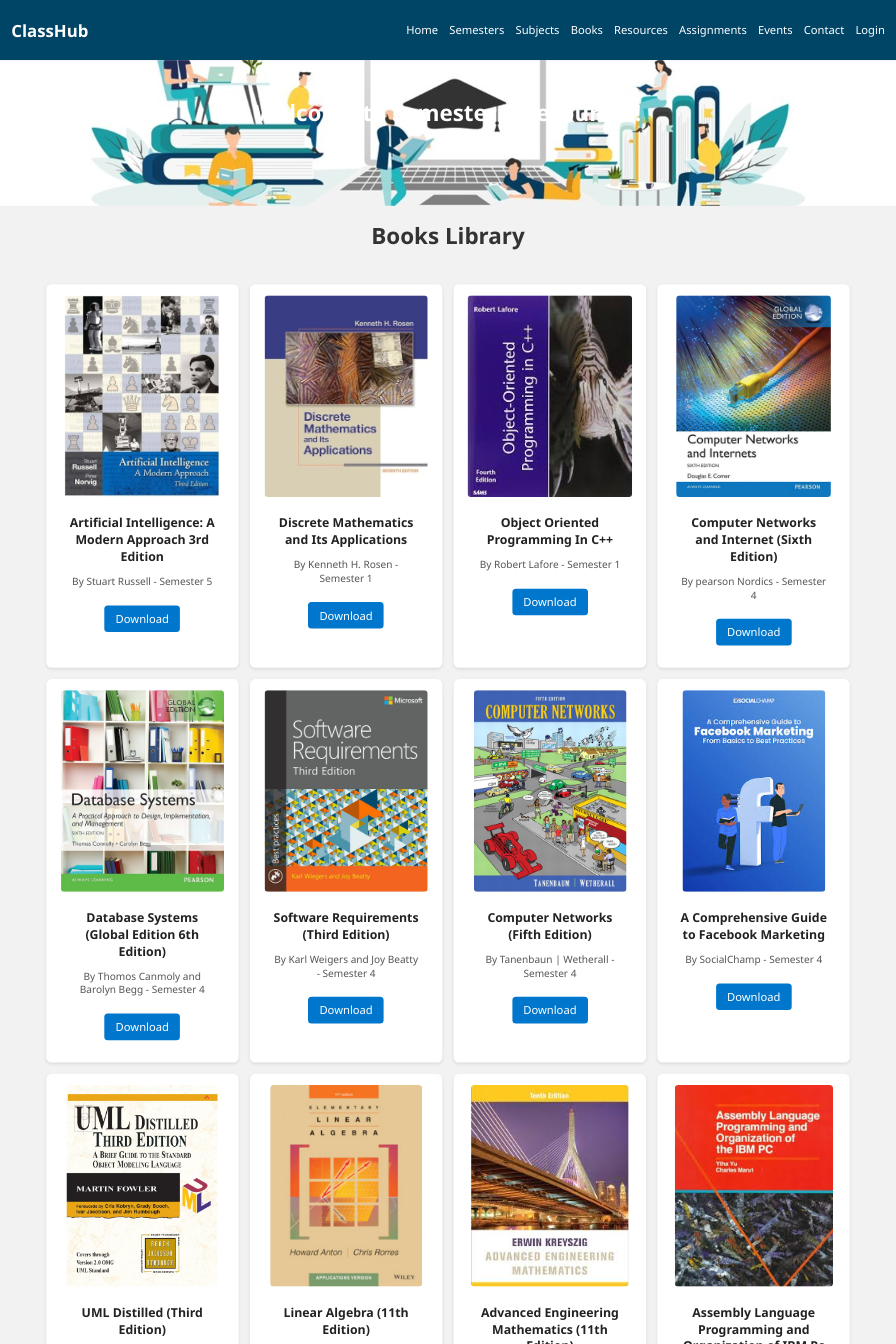
Repository: MariamSawera/eduNova
Page: books.html
The author's editor kept a copy of each file at every save. The page is drawn from the files as they stood at one save, then again after the next save.
The browser window is 1280 px wide. The pictures show the part of the page from y = 0 to 1920 px (the page is 2805 px tall), at 70% of full size.

Above is the page before, as saved 2025-07-24 15:12:57.

### books.html
<html>
  <head>
    <title>Semester 7</title>
    <meta charset="UTF-8" />
    <meta name="viewport" content="width=device-width, initial-scale=1.0" />
    <link rel="stylesheet" href="styles.css" />
    <script src="script.js"></script>
  </head>
  <body>
    <nav>
      <div class="logo">ClassHub</div>
      <ul>
        <li><a href="index.html">Home</a></li>
        <li><a href="index.html#semester">Semesters</a></li>
        <li><a href="subjects.html">Subjects</a></li>
        <li><a href="books.html">Books</a></li>
        <li><a href="resources.html">Resources</a></li>
        <li><a href="assignments.html">Assignments</a></li>
        <li><a href="events.html">Events</a></li>
        <li><a href="contact.html">Contact</a></li>
        <li><a href="login.html">Login</a></li>
      </ul>
    </nav>

    <!-- Hero Section -->
    <div class="hero">
      <h1>Welcome to Semester 7 Resources!</h1>
    </div>

    <h1 class="heading">Books Library</h1>

    <div class="book-container">
      <div class="book-card">
        <a
          href="https://drive.google.com/file/d/1-fQx6qCywSdwi6NpfeGE6M63CzhzrnD6/view?usp=drive_link"
          target="_blank"
          ><img
            src="/images/Artificial_Intelligence_A_Modern_Approach.jpg"
            alt=""
        /></a>
        <div class="info">
          <h3>Artificial Intelligence: A Modern Approach 3rd Edition</h3>
          <p>By Stuart Russell - Semester 5</p>
          <a
            href="https://drive.google.com/file/d/1-fQx6qCywSdwi6NpfeGE6M63CzhzrnD6/view?usp=drive_link"
            target="_blank"
            >Download</a
          >
        </div>
      </div>

      <div class="book-card">
        <a
          href="https://drive.google.com/file/d/1-dNW_8unnN9oYtZqsU3Rh0zvIn0jd5ls/view?usp=drive_link"
          target="_blank"
        >
          <img src="/images/discrete-mathematics.jpg" alt="" />
        </a>
        <div class="info">
          <h3>Discrete Mathematics and Its Applications</h3>
          <p>By Kenneth H. Rosen - Semester 1</p>
          <a
            href="https://drive.google.com/file/d/1-dNW_8unnN9oYtZqsU3Rh0zvIn0jd5ls/view?usp=drive_link"
            target="_blank"
            >Download</a
          >
        </div>
      </div>

      <div class="book-card">
        <a
          href="https://drive.google.com/file/d/1-g3PhRh48sw2JlSks28nB_GV1un5wf7a/view?usp=drive_link"
          target="_blank"
        >
          <img src="/images/object-oriented-programming-C++.jpg" alt="" />
        </a>
        <div class="info">
          <h3>Object Oriented Programming In C++</h3>
          <p>By Robert Lafore - Semester 1</p>
          <a
            href="https://drive.google.com/file/d/1-g3PhRh48sw2JlSks28nB_GV1un5wf7a/view?usp=drive_link"
            target="_blank"
            >Download</a
          >
        </div>
      </div>

      <div class="book-card">
        <a
          href="https://drive.google.com/file/d/1PfGlxIuqGNzMwUOPQKte86ao0nbZaxGr/view?usp=drive_link"
          target="_blank"
        >
          <img src="/images/computer-networks-and-internet.webp" alt="" />
        </a>
        <div class="info">
          <h3>Computer Networks and Internet (Sixth Edition)</h3>
          <p>By pearson Nordics - Semester 4</p>
          <a
            href="https://drive.google.com/file/d/1PfGlxIuqGNzMwUOPQKte86ao0nbZaxGr/view?usp=drive_link"
            target="_blank"
            >Download</a
          >
        </div>
      </div>

      <div class="book-card">
        <a
          href="https://drive.google.com/file/d/1nazEHiH_ceISNxFrX1eEof2Ia_2jx3pI/view?usp=drive_link"
          target="_blank"
          ><img src="/images/Database-systems-sixth-edition.jpg" alt="" />
        </a>
        <div class="info">
          <h3>Database Systems (Global Edition 6th Edition)</h3>
          <p>By Thomos Canmoly and Barolyn Begg - Semester 4</p>
          <a
            href="https://drive.google.com/file/d/1nazEHiH_ceISNxFrX1eEof2Ia_2jx3pI/view?usp=drive_link"
            target="_blank"
            >Download</a
          >
        </div>
      </div>

      <div class="book-card">
        <a
          href="https://drive.google.com/file/d/1-I_lvMyw-KdM_8GCTOhbpe8WTeUVqGKW/view?usp=drive_link"
          target="_blank"
          ><img src="/images/software-requirements-third-edition.jpg" alt=""
        /></a>
        <div class="info">
          <h3>Software Requirements (Third Edition)</h3>
          <p>By Karl Weigers and Joy Beatty - Semester 4</p>
          <a
            href="https://drive.google.com/file/d/1-I_lvMyw-KdM_8GCTOhbpe8WTeUVqGKW/view?usp=drive_link"
            target="_blank"
            >Download</a
          >
        </div>
      </div>
      <div class="book-card">
        <a
          href="https://drive.google.com/file/d/1PaEjcZjgmMg52dpvAOCMU6FmA3DRy-xK/view?usp=drive_link"
          target="_blank"
          ><img src="/images/computer networks fifth edition.jpg" alt=""
        /></a>
        <div class="info">
          <h3>Computer Networks (Fifth Edition)</h3>
          <p>By Tanenbaun | Wetherall - Semester 4</p>
          <a
            href="https://drive.google.com/file/d/1PaEjcZjgmMg52dpvAOCMU6FmA3DRy-xK/view?usp=drive_link"
            target="_blank"
            >Download</a
          >
        </div>
      </div>

      <div class="book-card">
        <a
          href="https://drive.google.com/file/d/1SsddNmN7PDzm1N51VBBlWNNw_f8i2Yi7/view?usp=drive_link"
          target="_blank"
          ><img src="/images/facebook-marketing.jpg" alt=""
        /></a>
        <div class="info">
          <h3>A Comprehensive Guide to Facebook Marketing</h3>
          <p>By SocialChamp - Semester 4</p>
          <a
            href="https://drive.google.com/file/d/1SsddNmN7PDzm1N51VBBlWNNw_f8i2Yi7/view?usp=drive_link"
            target="_blank"
            >Download</a
          >
        </div>
      </div>

      <div class="book-card">
        <a
          href="https://drive.google.com/file/d/1fUTgXCKtbxSN5JC-lUZhd7iwlbymK4AH/view?usp=drive_link"
          target="_blank"
          ><img src="/images/uml-distilled.jpg" alt=""
        /></a>
        <div class="info">
          <h3>UML Distilled (Third Edition)</h3>
          <p>By Martin Fowler - Semester 4</p>
          <a
            href="https://drive.google.com/file/d/1fUTgXCKtbxSN5JC-lUZhd7iwlbymK4AH/view?usp=drive_link"
            target="_blank"
            >Download</a
          >
        </div>
      </div>
      <div class="book-card">
        <a
          href="https://drive.google.com/file/d/1x8esQHEFdG05_OcMZOvOlyohcBW2MWJN/view?usp=drive_link"
          target="_blank"
          ><img src="/images/linear-algebra.webp" alt=""
        /></a>
        <div class="info">
          <h3>Linear Algebra (11th Edition)</h3>
          <p>By Howard Anton | Chris Rorres - Semester 3</p>
          <a
            href="https://drive.google.com/file/d/1x8esQHEFdG05_OcMZOvOlyohcBW2MWJN/view?usp=drive_link"
            target="_blank"
            >Download</a
          >
        </div>
      </div>
      <div class="book-card">
        <a
          href="https://drive.google.com/file/d/1tyPChkMeNKK7SyvdpUKoMYSK_p2tMvt_/view?usp=drive_link"
          target="_blank"
          ><img src="/images/advanced-engineering-mathematcis.jpg" alt=""
        /></a>
        <div class="info">
          <h3>Advanced Engineering Mathematics (11th Edition)</h3>
          <p>By Erwin Kreyszig - Semester 3</p>
          <a
            href="https://drive.google.com/file/d/1tyPChkMeNKK7SyvdpUKoMYSK_p2tMvt_/view?usp=drive_link"
            target="_blank"
            >Download</a
          >
        </div>
      </div>
      <div class="book-card">
        <a
          href="https://drive.google.com/file/d/1_RvO30yIzo7HDSsIJ7b_2a_3m4eE4Nmk/view?usp=drive_link"
          target="_blank"
          ><img src="/images/assembly-language.jpg" alt=""
        /></a>
        <div class="info">
          <h3>Assembly Language Programming and Organization of IBM Pc</h3>
          <p>By ytha Yu Charles Marut - Semester 3</p>
          <a
            href="https://drive.google.com/file/d/1_RvO30yIzo7HDSsIJ7b_2a_3m4eE4Nmk/view?usp=drive_link"
            target="_blank"
            >Download</a
          >
        </div>
      </div>
      <div class="book-card">
        <a
          href="https://drive.google.com/file/d/1-bDFPxNkGvDGkXpRpaQvx1b7PYc0Q71T/view?usp=drive_link"
          target="_blank"
          ><img src="/images/java.jpg" alt=""
        /></a>
        <div class="info">
          <h3>Head First JAVA A brain friendly Guide (Third Edition)</h3>
          <p>By Kathy Sierra and Bert Bates - Semester 2</p>
          <a
            href="https://drive.google.com/file/d/1-bDFPxNkGvDGkXpRpaQvx1b7PYc0Q71T/view?usp=drive_link"
            target="_blank"
            >Download</a
          >
        </div>
      </div>
      <div class="book-card">
        <a
          href="https://drive.google.com/file/d/19eL1MvuBF1OhHCwR90mVTWqF7cvVE_QY/view?usp=drive_link"
          target="_blank"
          ><img src="/images/digital-fundamentals.jpg" alt=""
        /></a>
        <div class="info">
          <h3>Digital Fundamentals (11th Edition)</h3>
          <p>By Thomas l. Floyd - Semester 2</p>
          <a
            href="https://drive.google.com/file/d/19eL1MvuBF1OhHCwR90mVTWqF7cvVE_QY/view?usp=drive_link"
            target="_blank"
            >Download</a
          >
        </div>
      </div>

      <div class="book-card">
        <a
          href="https://drive.google.com/file/d/1T43ooOg5tgKGhDdvSHiIQN3jg9unsDLn/view?usp=drive_link"
          target="_blank"
          ><img src="/images/operating-system-concepts.jpg" alt=""
        /></a>
        <div class="info">
          <h3>Operating System Concepts (Tenth Edition)</h3>
          <p>
            By Abraham Silberschatz, Peter B. Galvin, and Greg Gagne - Semester
            5
          </p>
          <a
            href="https://drive.google.com/file/d/1T43ooOg5tgKGhDdvSHiIQN3jg9unsDLn/view?usp=drive_link"
            target="_blank"
            >Download</a
          >
        </div>

        <!-- <div class="book-card">
       <a href="https://drive.google.com/file/d/19eL1MvuBF1OhHCwR90mVTWqF7cvVE_QY/view?usp=drive_link" target="_blank"><img src="/images/digital-fundamentals.jpg" alt="" /></a>
        <div class="info">
          <h3>Digital Fundamentals (11th Edition)</h3>
          <p> By Thomas l. Floyd - Semester 4</p>
          <a
            href="https://drive.google.com/file/d/19eL1MvuBF1OhHCwR90mVTWqF7cvVE_QY/view?usp=drive_link"
            target="_blank"
            >Download</a
          >
        </div>
      </div> -->
      </div>
    </div>

    <!-- Footer -->
    <footer class="footer">
      <p>&copy; 2023 ClassHub. All rights reserved.</p>
    </footer>
  </body>
</html>

### styles.css
html {
  scroll-behavior: smooth;
}

body {
  margin: 0;
  font-family: "Segoe UI", sans-serif;
  background: #f2f2f2;
  /* background-color: #B3DDF0; */
}

nav {
  background-color: #004466;
  color: white;
  padding: 1rem;
  display: flex;
  justify-content: space-between;
  align-items: center;
}

nav .logo {
  font-size: 1.5rem;
  font-weight: bold;
}

a {
  text-decoration: none;
  color: inherit;
}

nav ul {
  list-style: none;
  display: flex;
  gap: 1rem;
}

nav ul li {
  display: inline;
}

nav ul li a {
  color: white;
  text-decoration: none;
}

.hero {
  /* background: linear-gradient(to right, #00aaff, #00ffcc); */
  background-image: url("./images/banner.jpg");
  background-position: center;
  color: white;
  padding: 2rem;
  text-align: center;
  height: 20vh;
}

.hero input {
  padding: 0.5rem;
  border: none;
  border-radius: 5px;
  margin-top: 1rem;
  width: 200px;
}

.dashboard {
  display: grid;
  grid-template-columns: 1fr 1fr 1fr;
  gap: 1rem;
  padding: 2rem;
}

.card {
  background: white;
  padding: 1rem;
  border-radius: 10px;
  box-shadow: 0 2px 5px rgba(0, 0, 0, 0.1);
}

.quick-links {
  padding: 2rem;
  display: grid;
  grid-template-columns: repeat(3, minmax(150px, 1fr));
  gap: 1rem;
}

.link-card {
  display: flex;
  justify-content: center;
  align-items: center;
  font-size: 30px;
  color: white;
}

.quick-links .link-card {
  background: white;
  text-align: center;
  padding: 1rem;
  border-radius: 10px;
  box-shadow: 0 2px 5px rgba(0, 0, 0, 0.1);
  height: 80px;
}





.card-semester {
  background-color: white;
  border-radius: 8px;
  box-shadow: 0 2px 8px rgba(0,0,0,0.1);
  text-align: center;
  cursor: pointer;
  transition:  transform 0.2s;
  width: 100%;
  padding-bottom: 14px;
}

.card-semester img{
  width: 100%;
  max-height: 130px;
  object-fit: cover;
  margin-bottom: 20px;
}













.footer {
  background-color: #004466;
  display: flex;
  justify-content: center;
  align-items: center;
  color: white;
  height: 15vh;
}

.heading {
  color: #333;
  margin-bottom: 1rem;
  text-align: center;
  font-size: 2rem;
}

/* books.html */
.book-container {
  display: flex;
  justify-content: center;
  text-align: center;
  gap: 1rem;
  padding: 2rem;
  flex-wrap: wrap;
}

.book-card {
  background: white;
  width: 20%;
  padding: 1rem;
  border-radius: 8px;
  box-shadow: 0 2px 5px rgba(0, 0, 0, 0.1);
  text-align: center;
}

.book-card img {
  max-width: 100%;
  height: 40vh;
  border-radius: 5px;
  object-fit: cover;
}

.info {
  padding: 1rem;
  text-align: center;
}

.info h3 {
  margin: 0.5rem 0;
  font-size: 1.1rem;
  color: #222;
}

.info p {
  font-size: 0.9rem;
  color: #555;
}

.info a {
  display: inline-block;
  margin-top: 0.7rem;
  padding: 0.5rem 1rem;
  background: #0077cc;
  color: white;
  text-decoration: none;
  border-radius: 5px;
}

.info a:hover {
  background: #005fa3;
}

/* subjects.html */
.instructor-container {
  display: flex;
  justify-content: center;
  align-items: center;
  flex-wrap: wrap;
  gap: 2rem;
  margin: 30px;
}

.instructor-card {
  background-color: white;
  padding: 25px;
  /* margin: 12px; */
  display: inline-block;
  width: 20%;
  height: auto;
  flex-direction: column;
  align-items: center;
  text-align: center;
  border-radius: 30px;
  margin-bottom: 1rem;
  box-shadow: 0px 4px 10px rgba(0, 0, 0, 0.1);
}

.instructor-card img {
  border-radius: 50%;
  object-fit: cover;
}

.instructor-card h3 {
  margin: 8px 0;
}

.difficulty {
  font-size: 15px;
  font-weight: bold;
  color: black;
  background-color: rgb(214, 211, 0);
  padding: 4px 10px;
  border-radius: 5px;
  width: 40pxpx;
  display: inline-block;
}

.resources {
  margin-top: 10px;
}

.resources a {
  /* background-color: rgb(73, 73, 192);
  margin: 7px;
  color: white;
  padding: 6px 12px;
  border-radius: 10px;
  font-size: 15px;
  display: inline-block; */

  display: inline-block;
  margin-top: 0.7rem;
  padding: 0.5rem 1rem;
  background: #0077cc;
  color: white;
  text-decoration: none;
  border-radius: 5px;

}

.resources a:hover {
  background-color: blueviolet;
}

/* resources.html */

.resources-section {
  padding: 1.5rem 2rem;
  background-color: #f9f9f9;
  margin-bottom: 1rem;
}

.my-tips, .classmate-tips {
  padding: 1.5rem 2rem;
  background-color: #fff9e6;
  margin-bottom: 1rem;
}

/* testing */

.box{
  background-color: white;
  border-radius: 8px;
  padding: 15px;
  box-shadow: 0 2px 8px rgba(0,0,0,0.1);
  text-align: center;
  cursor: pointer;
  transition:  transform 0.2s;
  width: 30%;



}

.box img{
  width: 100%;
  max-height: 150px;
  object-fit: cover;
  margin-bottom: 10px;
}

.box p {
  font-size: 16px;
  color: #333;
}

.box:hover {
  transform: scale(1.05);
}

### script.js
function updateName() {
      const name = document.getElementById('nameInput').value;
      const welcome = document.getElementById('welcome');
      if(name.trim()) {
        welcome.textContent = `Hello, ${name}! 👋`;
      } else {
        welcome.textContent = `Hello, Guest 👋`;
      }
    }

After the next save:
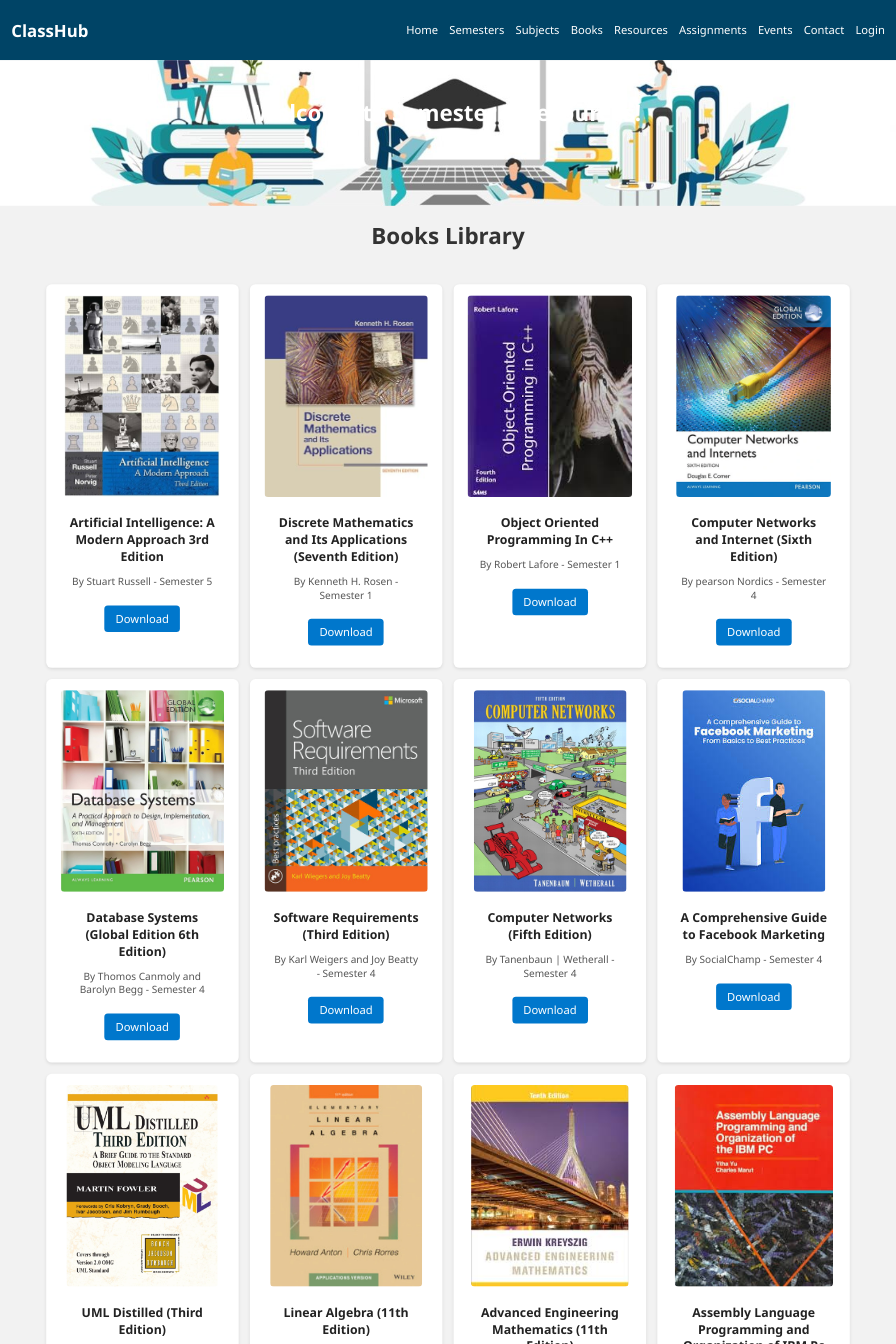
Saved 47 s later.
--- a/books.html
+++ b/books.html
@@ -57,7 +57,7 @@
           <img src="/images/discrete-mathematics.jpg" alt="" />
         </a>
         <div class="info">
-          <h3>Discrete Mathematics and Its Applications</h3>
+          <h3>Discrete Mathematics and Its Applications (Seventh Edition)</h3>
           <p>By Kenneth H. Rosen - Semester 1</p>
           <a
             href="https://drive.google.com/file/d/1-dNW_8unnN9oYtZqsU3Rh0zvIn0jd5ls/view?usp=drive_link"
